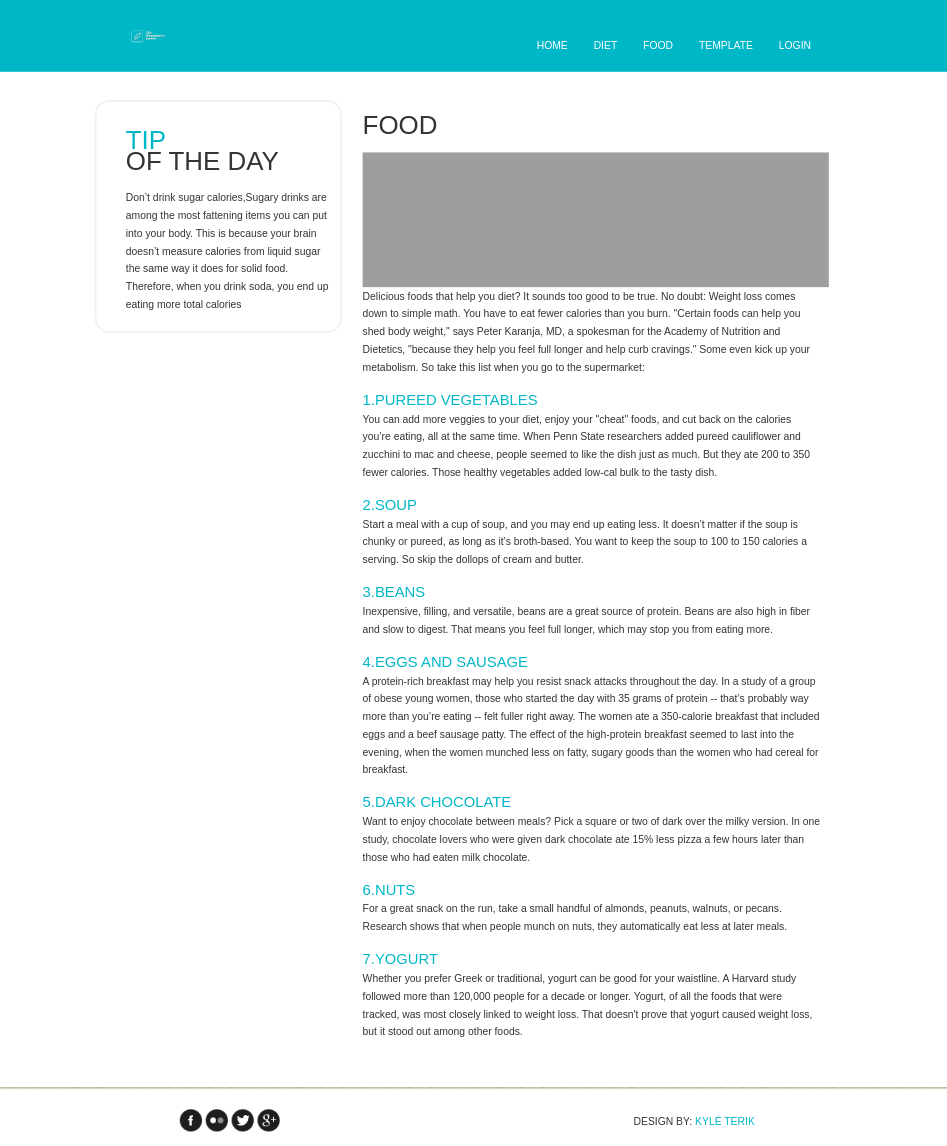
Repository: yatikyle/k_projects
Page: http://localhost/food.php
These files come from the project's save history. The page is drawn as it stood at one moment and after the next save; the edit follows.
The browser window is 1280 px wide. The pictures show the whole page, at 74% of full size.
Pictures or frames that could not be fetched are drawn as grey boxes. Some web fonts or font styles are not loaded; a fallback is used. The page is run by PHP 8.4 with error messages shown; the project is at /var/www/html/.

Above is the page before, as saved 2021-07-25 11:43:26.

### Dietary Management System/food.php
<!DOCTYPE html>
<html lang="en">
<head>
<title>Food</title>
<meta charset="utf-8">
<link rel="stylesheet" href="css/reset.css" type="text/css" media="screen">
<link rel="stylesheet" href="css/style.css" type="text/css" media="screen">
<link rel="stylesheet" href="css/grid.css" type="text/css" media="screen">
<link rel="icon" href="images/favicon.ico" type="image/x-icon">
<link rel="shortcut icon" href="images/favicon.ico" type="image/x-icon">
<link href="http://fonts.googleapis.com/css?family=PT+Serif+Caption:400,400italic" rel="stylesheet" type="text/css">
<script src="js/jquery-1.7.1.min.js" ></script>
<script src="js/superfish.js"></script>
<!--[if lt IE 9]>
<script src="js/html5.js"></script>
<link rel="stylesheet" href="css/ie.css">
<link href="http://fonts.googleapis.com/css?family=PT+Serif+Caption:400italic" rel="stylesheet" type="text/css">
<link href="http://fonts.googleapis.com/css?family=PT+Serif+Caption:400" rel="stylesheet" type="text/css">
<![endif]-->
</head>
<body>
<header>
  <div class="line-top"></div>
  <!--  header.php contain logo and top menu bar  -->

  <?php include 'header.php' ?>

  <!--  header.php end  -->

</header>
<section id="content">
  <div class="border-horiz"></div>
  <!-- center content area Start -->
  <div class="container_12">
    <article class="side-bar">
      <h3><span>Tip</span> of the day</h3>
      <p>Don’t drink sugar calories,Sugary drinks are among the most fattening items you can put into your body.

This is because your brain doesn’t measure calories from liquid sugar the same way it does for solid food. Therefore, when you drink soda, you end up eating more total calories</p>
     <!-- <ul class="list-1">
        <li><a href="#">invidunt ut labore</a></li>
        <li><a href="#">et dolore magna</a></li>
        <li><a href="#">aliquyam erat</a></li>
        <li><a href="#">sed diam voluptua</a></li>
        <li><a href="#">At vero eos et accusam</a></li>
        <li><a href="#">et justo duo</a></li>
      </ul> -->
          </article>
    <article class="grid_8">
      <h3>Food</h3>
      <iframe width="560" height="315" src="https://www.youtube.com/embed/v13o_AMW_wI" frameborder="0" allowfullscreen></iframe>
        <br>
      <p>Delicious foods that help you diet? It sounds too good to be true.

No doubt: Weight loss comes down to simple math. You have to eat fewer calories than you burn.

"Certain foods can help you shed body weight," says Peter Karanja, MD, a spokesman for the Academy of Nutrition and Dietetics, "because they help you feel full longer and help curb cravings."

Some even kick up your metabolism. So take this list when you go to the supermarket:

</p>

      <h4>1.Pureed Vegetables</h4>
           <p>You can add more veggies to your diet, enjoy your "cheat" foods, and cut back on the calories you’re eating, all at the same time. When Penn State researchers added pureed cauliflower and zucchini to mac and cheese, people seemed to like the dish just as much. But they ate 200 to 350 fewer calories. Those healthy vegetables added low-cal bulk to the tasty dish.

</p>

        <h4>2.Soup</h4>
      <p>Start a meal with a cup of soup, and you may end up eating less. It doesn’t matter if the soup is chunky or pureed, as long as it's broth-based. You want to keep the soup to 100 to 150 calories a serving. So skip the dollops of cream and butter.

</p>

        <h4>3.Beans</h4>
        <p>Inexpensive, filling, and versatile, beans are a great source of protein. Beans are also high in fiber and slow to digest. That means you feel full longer, which may stop you from eating more.</p>

        <h4>4.Eggs and Sausage</h4>
        <p>A protein-rich breakfast may help you resist snack attacks throughout the day.

In a study of a group of obese young women, those who started the day with 35 grams of protein -- that’s probably way more than you’re eating -- felt fuller right away. The women ate a 350-calorie breakfast that included eggs and a beef sausage patty. The effect of the high-protein breakfast seemed to last into the evening, when the women munched less on fatty, sugary goods than the women who had cereal for breakfast.</p>

        <h4>5.Dark Chocolate</h4>
        <p>Want to enjoy chocolate between meals? Pick a square or two of dark over the milky version. In one study, chocolate lovers who were given dark chocolate ate 15% less pizza a few hours later than those who had eaten milk chocolate.

</p>

        <h4>6.Nuts</h4>
        <p>For a great snack on the run, take a small handful of almonds, peanuts, walnuts, or pecans. Research shows that when people munch on nuts, they automatically eat less at later meals.

</p>

        <h4>7.Yogurt</h4>
        <p>Whether you prefer Greek or traditional, yogurt can be good for your waistline.

A Harvard study followed more than 120,000 people for a decade or longer. Yogurt, of all the foods that were tracked, was most closely linked to weight loss.

That doesn't prove that yogurt caused weight loss, but it stood out among other foods.

</p>




    </article>
    <div class="clear"></div>
  </div>
</section>

<!-- footer Start -->
<footer>
  <div class="main">
    <ul class="soc-list">
      <li><a href="#"><img alt="" src="images/icon-1.png"></a></li>
      <li><a href="#"><img alt="" src="images/icon-2.png"></a></li>
      <li><a href="#"><img alt="" src="images/icon-3.png"></a></li>
      <li><a href="#"><img alt="" src="images/icon-4.png"></a></li>
    </ul>
    <div class="policy">Design by: <a href="#">Kyle Terik</a> </div>
    <div class="clear"></div>
  </div>
</footer>
</body>
</html>

### Dietary Management System/header.php

<?php
session_start();
require_once('connect.php');
if(isset($_POST) & !empty($_POST)){
  $username = mysqli_real_escape_string($connection, $_POST['username']);
  $password = md5($_POST['password']);

  $sql = "SELECT * FROM `login` WHERE username='$username' AND password='$password'";
  $result = mysqli_query($connection, $sql);
  $count = mysqli_num_rows($result);
  if($count == 1){
    $_SESSION['username'] = $username;
  }else{
    $fmsg = "Invalid Username/Password";
  }
}
if(isset($_SESSION['username'])){
  $smsg = "User already logged in";
}
?>


<div class="top-sec-ow">
  <div class="main">
    <div class="row-top">
      <h1><a href="index.php"><img style="height: 55px;" alt="" src="images/logo.png"></a></h1>

      <nav>
        <ul class="sf-menu">
          <li><a href="index.php">Home</a></li>
          <li><a href="diet.php">Diet</a> </li>
          <li><a href="food.php">Food</a> </li>
          <li><a href="template.php">Template</a> </li>
          <?php if(isset($smsg)){ ?>
          <li><a href="logout.php">Logout</a>  </li>
          <?php } else { echo '<li><a href="login.php">Login</a> </li>' ; }

          ?>

        </ul>
      </nav>
      <div class="clear"></div>
    </div>
  </div>
  </div>

### Dietary Management System/connect.php
<!--  easysts6_root2   is databe username and   rawalpindi114477  database password   -->

<!-- easysts6_flogin  is Database Name -->

<?php
$connection = mysqli_connect('localhost', 'root', '');
if(!$connection){
	die("Database Connection Failed" . mysqli_error($connection));
}

$select_db = mysqli_select_db($connection, 'fastfitness');
if(!$select_db){
	die("Database Selection Failed" . mysqli_error($connection));
}
?>

### Dietary Management System/css/reset.css
a, abbr, acronym, address, applet, article, aside, audio,
b, blockquote, big, body,
center, canvas, caption, cite, code, command,
datalist, dd, del, details, dfn, dl, div, dt,
em, embed,
fieldset, figcaption, figure, font, footer, form,
h1, h2, h3, h4, h5, h6, header, hgroup, html,
i, iframe, img, ins,
kbd,
keygen,
label, legend, li,
meter,
nav,
object, ol, output,
p, pre, progress,
q,
s, samp, section, small, span, source, strike, strong, sub, sup,
table, tbody, tfoot, thead, th, tr, tdvideo, tt,
u, ul,
var{
    background: transparent;
    border: 0 none;
    font-size: 100%;
	margin: 0;
	padding: 0;
	border: 0;
	outline: 0;
    vertical-align: top; }

ol, ul {
	list-style: none;
}
blockquote, q {
	quotes: none;
}
table, table td {
	padding:0;
	border:none;
	border-collapse:collapse;
}
img {
	vertical-align:top;
}
embed {
	vertical-align:top;
}

### Dietary Management System/css/grid.css
/*
	Variable Grid System.
	Learn more ~ http://www.spry-soft.com/grids/
	Based on 960 Grid System - http://960.gs/

	Licensed under GPL and MIT.
*/


/* Containers
----------------------------------------------------------------------------------------------------*/
.container_12 {
	margin-left: auto;
	margin-right: auto;
	width: 960px;
}

/* Grid >> Global
----------------------------------------------------------------------------------------------------*/

.grid_1,
.grid_2,
.grid_3,
.grid_4,
.grid_5,
.grid_6,
.grid_7,
.grid_8,
.grid_9,
.grid_10,
.grid_11,
.grid_12 {
	display:inline;
	float: left;
	position: relative;
	margin-left: 10px;
	margin-right: 10px;
}

/* Grid >> Children (Alpha ~ First, Omega ~ Last)
----------------------------------------------------------------------------------------------------*/

.alpha {
	margin-left: 0;
}

.omega {
	margin-right: 0;
}

/* Grid >> 12 Columns
----------------------------------------------------------------------------------------------------*/

.container_12 .grid_1 {
	width:60px;
}

.container_12 .grid_2 {
	width:140px;
}

.container_12 .grid_3 {
	width:220px;
}

.container_12 .grid_4 {
	width:300px;
}

.container_12 .grid_5 {
	width:380px;
}

.container_12 .grid_6 {
	width:460px;
}

.container_12 .grid_7 {
	width:540px;
}

.container_12 .grid_8 {
	width:620px;
}

.container_12 .grid_9 {
	width:700px;
}

.container_12 .grid_10 {
	width:780px;
}

.container_12 .grid_11 {
	width:860px;
}

.container_12 .grid_12 {
	width:940px;
}



/* Prefix Extra Space >> 12 Columns
----------------------------------------------------------------------------------------------------*/

.container_12 .prefix_1 {
	padding-left:80px;
}

.container_12 .prefix_2 {
	padding-left:160px;
}

.container_12 .prefix_3 {
	padding-left:240px;
}

.container_12 .prefix_4 {
	padding-left:320px;
}

.container_12 .prefix_5 {
	padding-left:400px;
}

.container_12 .prefix_6 {
	padding-left:480px;
}

.container_12 .prefix_7 {
	padding-left:560px;
}

.container_12 .prefix_8 {
	padding-left:640px;
}

.container_12 .prefix_9 {
	padding-left:720px;
}

.container_12 .prefix_10 {
	padding-left:800px;
}

.container_12 .prefix_11 {
	padding-left:880px;
}



/* Suffix Extra Space >> 12 Columns
----------------------------------------------------------------------------------------------------*/

.container_12 .suffix_1 {
	padding-right:80px;
}

.container_12 .suffix_2 {
	padding-right:160px;
}

.container_12 .suffix_3 {
	padding-right:240px;
}

.container_12 .suffix_4 {
	padding-right:320px;
}

.container_12 .suffix_5 {
	padding-right:400px;
}

.container_12 .suffix_6 {
	padding-right:480px;
}

.container_12 .suffix_7 {
	padding-right:560px;
}

.container_12 .suffix_8 {
	padding-right:640px;
}

.container_12 .suffix_9 {
	padding-right:720px;
}

.container_12 .suffix_10 {
	padding-right:800px;
}

.container_12 .suffix_11 {
	padding-right:880px;
}



/* Push Space >> 12 Columns
----------------------------------------------------------------------------------------------------*/

.container_12 .push_1 {
	left:80px;
}

.container_12 .push_2 {
	left:160px;
}

.container_12 .push_3 {
	left:240px;
}

.container_12 .push_4 {
	left:320px;
}

.container_12 .push_5 {
	left:400px;
}

.container_12 .push_6 {
	left:480px;
}

.container_12 .push_7 {
	left:560px;
}

.container_12 .push_8 {
	left:640px;
}

.container_12 .push_9 {
	left:720px;
}

.container_12 .push_10 {
	left:800px;
}

.container_12 .push_11 {
	left:880px;
}



/* Pull Space >> 12 Columns
----------------------------------------------------------------------------------------------------*/

.container_12 .pull_1 {
	left:-80px;
}

.container_12 .pull_2 {
	left:-160px;
}

.container_12 .pull_3 {
	left:-240px;
}

.container_12 .pull_4 {
	left:-320px;
}

.container_12 .pull_5 {
	left:-400px;
}

.container_12 .pull_6 {
	left:-480px;
}

.container_12 .pull_7 {
	left:-560px;
}

.container_12 .pull_8 {
	left:-640px;
}

.container_12 .pull_9 {
	left:-720px;
}

.container_12 .pull_10 {
	left:-800px;
}

.container_12 .pull_11 {
	left:-880px;
}




/* Clear Floated Elements
----------------------------------------------------------------------------------------------------*/

/* http://sonspring.com/journal/clearing-floats */

.clear {
	clear: both;
	display: block;
	overflow: hidden;
	visibility: hidden;
	width: 0;
	height: 0;
}

/* http://perishablepress.com/press/2008/02/05/lessons-learned-concerning-the-clearfix-css-hack */

.clearfix:after {
	clear: both;
	content: ' ';
	display: block;
	font-size: 0;
	line-height: 0;
	visibility: hidden;
	width: 0;
	height: 0;
}

.clearfix {
	display: inline-block;
}

* html .clearfix {
	height: 1%;
}

.clearfix {
	display: block;
}

Loaded but not shown: Dietary Management System/js/jquery-1.7.1.min.js (library); Dietary Management System/js/superfish.js (146 lines, source omitted); Dietary Management System/css/style.css (632 lines, source omitted)

After the next save:
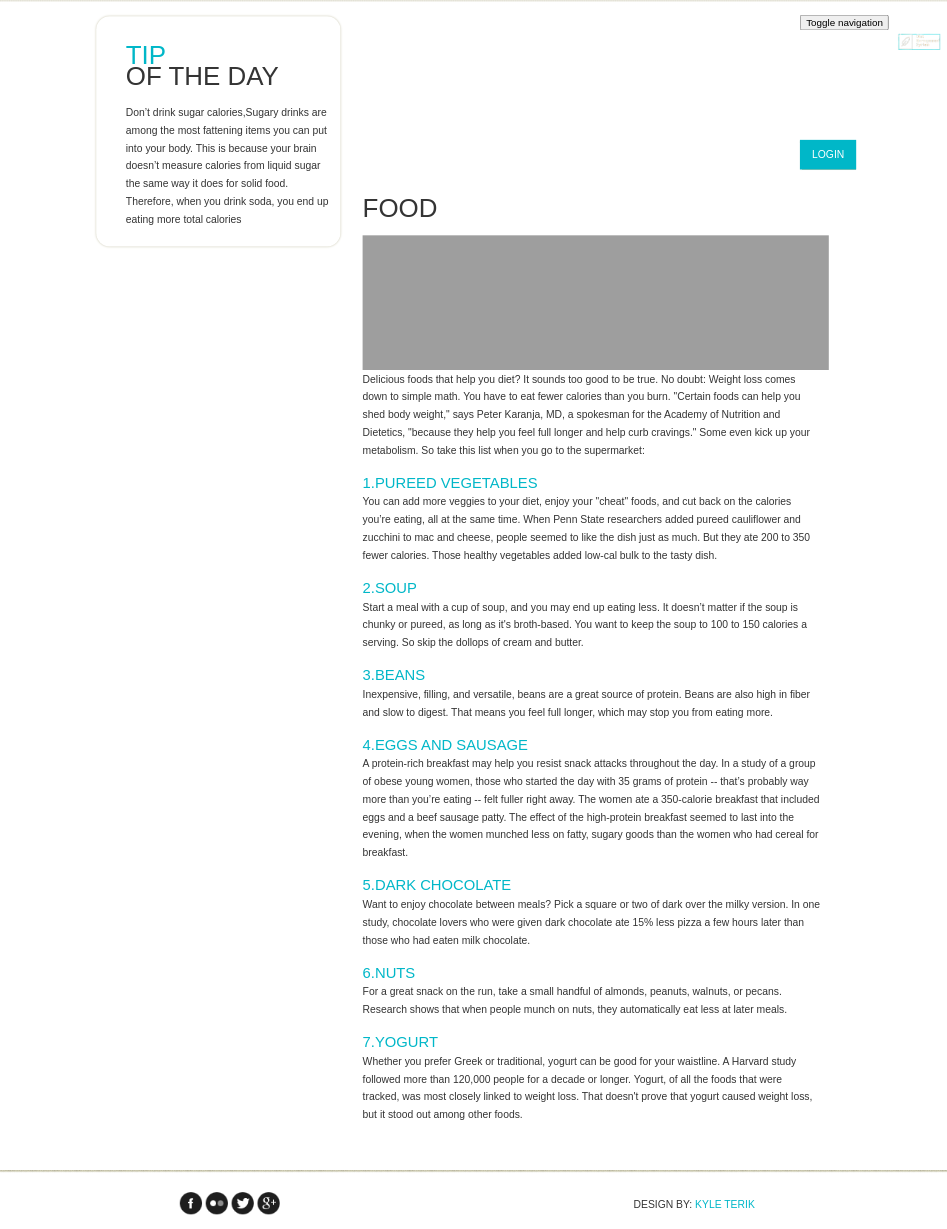
Saved 35 min 25 s later.
--- a/Dietary Management System/header.php
+++ b/Dietary Management System/header.php
@@ -20,27 +20,30 @@ if(isset($_SESSION['username'])){
 }
 ?>
 
-
-<div class="top-sec-ow">
-  <div class="main">
-    <div class="row-top">
-      <h1><a href="index.php"><img style="height: 55px;" alt="" src="images/logo.png"></a></h1>
-
-      <nav>
-        <ul class="sf-menu">
-          <li><a href="index.php">Home</a></li>
-          <li><a href="diet.php">Diet</a> </li>
-          <li><a href="food.php">Food</a> </li>
-          <li><a href="template.php">Template</a> </li>
-          <?php if(isset($smsg)){ ?>
-          <li><a href="logout.php">Logout</a>  </li>
-          <?php } else { echo '<li><a href="login.php">Login</a> </li>' ; }
-
-          ?>
-
-        </ul>
-      </nav>
-      <div class="clear"></div>
-    </div>
-  </div>
-  </div>
+<nav class="navbar navbar-default navbar-transparent navbar-fixed-top" color-on-scroll="200">
+        <!-- if you want to keep the navbar hidden you can add this class to the navbar "navbar-burger"-->
+        <div class="container">
+            <div class="navbar-header">
+                <button id="menu-toggle" type="button" class="navbar-toggle" data-toggle="collapse" data-target="#example">
+                    <span class="sr-only">Toggle navigation</span>
+                    <span class="icon-bar bar1"></span>
+                    <span class="icon-bar bar2"></span>
+                    <span class="icon-bar bar3"></span>
+                </button>
+                <a href="index.php"><img style="height: 75px; width: 75px;" alt="" src="assets/img/logo.png"></a>
+            </div>
+            <div class="collapse navbar-collapse">
+                <ul class="nav navbar-nav navbar-right navbar-uppercase">
+                    <li><a href="index.php">Home</a></li>
+                    <li><a href="diet.php">Diet</a> </li>
+                    <li><a href="food.php">Food</a> </li>
+                    <li><a href="template.php">Template</a> </li>
+                    <?php if(isset($smsg)){ ?>
+                    <li><a href="logout.php" class="btn btn-danger btn-fill">Logout</a>  </li>
+                    <?php } else { echo '<li><a href="login.php" class="btn btn-danger btn-fill">Login</a> </li>' ; }
+                    ?>
+                </ul>
+            </div>
+            <!-- /.navbar-collapse -->
+        </div>
+</nav>
